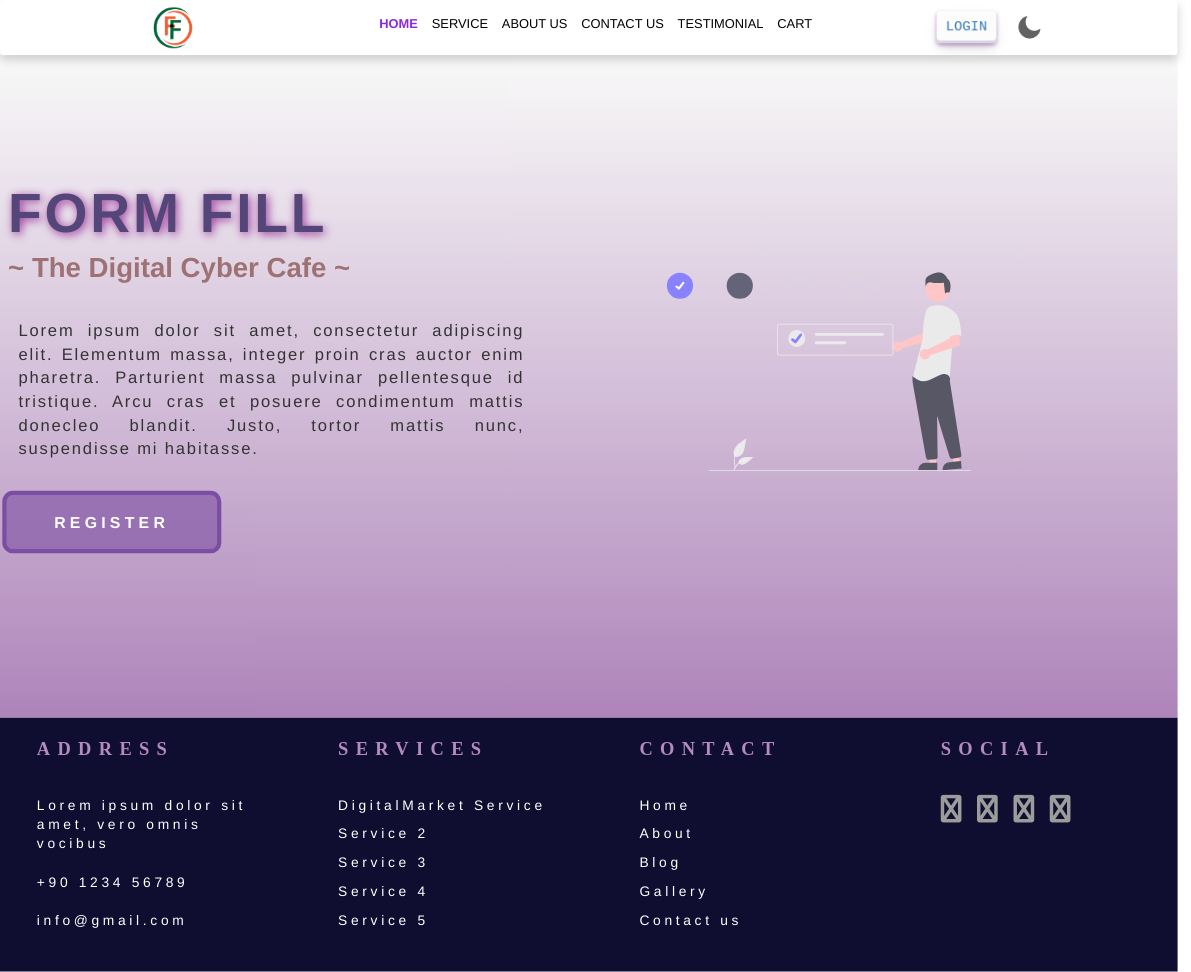
Repository: codervivek5/Formfil
Page: index.html
These files come from the project's save history. The page is drawn as it stood at one moment and after the next save; the edit follows.
The browser window is 1280 px wide. The page is 1295 px wide, so the pictures cover 1295 px, including what lies to the right of the window. The pictures show the whole page, at 92% of full size.
The pointer rests on the first visible `.btn1`.
Some web fonts or font styles are not loaded; a fallback is used.

Above is the page before, as saved 2023-03-04 20:49:24.

### index.html
<!DOCTYPE html>
<html lang="en">

<head>
	<meta charset="UTF-8" />
	<meta http-equiv="X-UA-Compatible" content="IE=edge" />
	<meta name="viewport" content="width=device-width, initial-scale=1.0" />
	<title>Home-FormFil</title>
	<link rel="stylesheet" href="style/style.css" />
     <link rel="stylesheet" href="style/theme.css">

	<link rel="stylesheet" href="https://maxcdn.bootstrapcdn.com/bootstrap/3.4.1/css/bootstrap.min.css">
	<script src="https://ajax.googleapis.com/ajax/libs/jquery/3.6.0/jquery.min.js"></script>
     <script src="https://maxcdn.bootstrapcdn.com/bootstrap/3.4.1/js/bootstrap.min.js"></script>

	<link rel="stylesheet" href="https://fonts.googleapis.com/css?family=Trirong" />
	<link rel="icon" type="image/x-icon" href="./img/crop_logo.png" />
	<link rel="stylesheet" href="https://cdnjs.cloudflare.com/ajax/libs/font-awesome/6.2.1/css/all.min.css">
</head>

<body>

    <div class="loader">
          <img class= "imgload" src="img/logo.png"  alt="">
     </div>

     <header class="navbar">
      <a href="index.html"><img class="logo" src="img/logo.png" width="100px" height="100px" /></a>

      <div class="navbar-opt">
        <ul class="navbar-list">
          <li><a href="index.html" class="nav-link active">HOME</a></li>
          <li><a href="pages/service.html" class="nav-link">SERVICE </a></li>
          <li><a href="pages/about_us.html" class="nav-link">ABOUT US </a></li>
          <li><a href="pages/contact-us.html" class="nav-link">CONTACT US </a></li>
          <li><a href="pages/testimonial.html" class="nav-link">TESTIMONIAL</a></li>
          <li><a href="pages/cart.html" class="nav-link">CART</a></li>
        </ul>
      </div>

      <div class="fixed-buttons">
        <button><a href="pages/login.html" class="lgn">LOGIN</a></button>
        <img src="img/moon.png" id="icon">
      </div>

      <div class="mobile-menu">
        <ion-icon name="menu-outline" class="menu-icon"></ion-icon>
        <ion-icon name="close-outline" class="menu-icon"></ion-icon>
      </div>

     </header>

	<div class="main">

		<div class="container">
			<div class="content">
				<h1>FORM FILL</h1>
				<h2>~ The Digital Cyber Cafe ~</h2>
				<p class="para">
					Lorem ipsum dolor sit amet, consectetur adipiscing elit.
          Elementum massa, integer proin cras auctor enim pharetra.
					Parturient massa pulvinar pellentesque id tristique.
          Arcu cras et posuere condimentum mattis donecleo blandit.
          Justo, tortor mattis nunc, suspendisse mi habitasse.
				</p>
				<div class="btn">
					<a href="pages/signup.html"> <button class="btn1 button">REGISTER</button></a>
				</div>
			</div>
			<div class="shipp">
				<img src="img/svg.svg" />
        <!-- <img src="img/formfilSvg.svg" /> -->
			</div>
		</div>
	</div>

<!-- footer section -->
<footer>
    <div>
        <div class="row">
            <div class="col-lg-3 col-md-5 col-sm-4 col-xs-12">
                <ul class="adress">
                     <span>Address</span>
                     <li>
                        <p>Lorem ipsum dolor sit amet, vero omnis vocibus</p>
                      </li>

                      <li>
                        <p>+90 1234 56789</p>
                      </li>

                      <li>
                        <p>info@gmail.com</p>
                      </li>
                 </ul>
            </div>
            <div class="col-lg-3 col-md-5 col-sm-4 col-xs-12">
               <ul class="service">
                    <span>Services</span>
                    <li>
                       <a href="#">DigitalMarket Service</a>
                     </li>

                     <li>
                        <a href="#">Service 2</a>
                     </li>

                     <li>
                       <a href="#">Service 3</a>
                     </li>

                     <li>
                        <a href="#">Service 4 </a>
                     </li>

                     <li>
                       <a href="#">Service 5</a>
                    </li>
               </ul>
           </div>
            <div class="col-lg-3 col-md-3 col-sm-4 col-xs-12">
                <ul class="contact">
                     <span>Contact</span>
                     <li>
                        <a href="index.html">Home</a>
                      </li>

                      <li>
                         <a href="pages/about_us.html">About</a>
                      </li>

                      <li>
                        <a href="#">Blog</a>
                      </li>

                      <li>
                         <a href="#">Gallery </a>
                      </li>

                      <li>
                        <a href="pages/contact-us.html">Contact us</a>
                     </li>
                </ul>
            </div>

            <div class="col-lg-3 col-md-3 col-sm-4 col-xs-12">
               <ul class="social">
                    <span>Social</span>
                    <li>
                         <a href="https://www.facebook.com/codervivek"  target="_blank"><i class="fa fa-facebook fa-2x"></i></a>
                    </li>

                    <li>
                         <a href="https://github.com/codervivek5" target="_blank"><i class="fa fa-github fa-2x"></i></a>
                    </li>

                    <li>
                         <a href="https://www.linkedin.com/in/codervivek/" target="_blank"><i class="fa fa-linkedin fa-2x"></i></a>
                    </li>

                    <li>
                         <a href="https://twitter.com/codervivek5" target="_blank"><i class="fa fa-twitter fa-2x"></i></a>
                    </li>

                    <li>
                         <a href="https://www.youtube.com/codervivek" target="_blank"><i class="fa fa-youtube-play fa-2x"></i></a>
                   </li>
                  </ul>
            </div>
       </div>
    </div>
    <button class="back-to-top hidden">
     <svg
     xmlns="http://www.w3.org/2000/svg"
     class="back-to-top-icon"
     fill="none"
     viewBox="0 0 24 24"
     stroke="currentColor"
   >
     <path
       stroke-linecap="round"
       stroke-linejoin="round"
       stroke-width="2"
       d="M7 11l5-5m0 0l5 5m-5-5v12"
     />
   </svg></button>
</footer>


<script>

     // Javascript Code for Dark Mode Switch
	var icon = document.getElementById("icon");
	icon.onclick = function(){
		document.body.classList.toggle("dark-mode");
		if (document.body.classList.contains("dark-mode")){
			icon.src="img/sun.png";
		}
		else {
			icon.src="img/moon.png";
		}
	}
  //javascript for loader
  $(document).ready(function() {
      // Animate loader off screen
   setTimeout(function() {
    $(".loader").fadeOut("slow");
   }, 0);
  });
      // Javascript Code for Scroll to top Button
      const showOnPx = 100;
      const backToTopButton = document.querySelector(".back-to-top")

     const scrollContainer = () => {
       return document.documentElement || document.body;
      };

 document.addEventListener("scroll", () => {
   if (scrollContainer().scrollTop > showOnPx) {
     backToTopButton.classList.remove("hidden")
   } else {
     backToTopButton.classList.add("hidden")
   }
 })
 const goToTop = () => {
   document.body.scrollIntoView({
     behavior: "smooth",
   });
 };
 backToTopButton.addEventListener("click", goToTop);

 const mobile_nav= document.querySelector('.mobile-menu');
const nav_header= document.querySelector(".navbar");

const toggleNav = () =>{
  nav_header.classList.toggle("switchOn");
}

mobile_nav.addEventListener('click', () => toggleNav());

</script>
<script type="module" src="https://unpkg.com/ionicons@5.5.2/dist/ionicons/ionicons.esm.js"></script>
<script nomodule src="https://unpkg.com/ionicons@5.5.2/dist/ionicons/ionicons.js"></script>
</body>
</html>

### style/style.css
@import url('https://fonts.googleapis.com/css2?family=Tilt+Prism&display=swap');

body{
	margin:0;
	padding:0;
	background:black;
font-family: 'Times New Roman', Times, serif;
overflow-x: hidden;
}
.main{
	position: relative;
	height:100%;
	width:100%;
	background:linear-gradient(rgba(244, 245, 243, 0.712),#7b378ec4);
	background-position: center;
	background-repeat: no-repeat;
	background-size: cover;
	opacity: 0.8;

}
.navbar{
    padding: 0 !important;
    padding: 0 3rem;
    height: 6rem;
    display: flex;
    justify-content: space-between;
    align-items: center;
    margin-bottom: 0 !important;
    box-shadow: 0px 5px 10px #48464640 !important;
    z-index: 999;
}

.navbar-opt{
    transition: all 0.5s;
  }

  .navbar-list{
    display: flex;
    gap: 1.5rem;
    list-style: none;
  }

  .fixed-buttons{
    display: flex;
    justify-content: center;
    align-items: center;
    column-gap: 1rem;
  }

  .active{
    font-weight: 700 !important;
  }

  .nav-link:link,
.nav-link:visited {
  display: inline-block;
  text-decoration: none;
  color: black;
}

.mobile-menu{
  display: none;
  background: transparent;
  cursor: pointer;
}

.menu-icon{
  width: 3.2rem;
  height: 3.2rem;
  z-index: 1000;
}

.menu-icon[name="close-outline"]{
  display: none;
}

.fixed-buttons button{
  align-items: center;
  appearance: none;
  background-color: #FCFCFD;
  border-radius: 4px;
  border-width: 0;
  box-shadow: #7b378e7b 0 2px 4px,#c1b6c4a8 0 7px 13px -3px,#D6D6E7 0 -3px 0 inset;
  box-sizing: border-box;
  color: #36395A;
  cursor: pointer;
  display: inline-flex;
  font-family: "JetBrains Mono",monospace;
  height: 3.5rem;
  justify-content: center;
  line-height: 1;
  list-style: none;
  overflow: hidden;
  padding-left: 1rem;
  padding-right: 1rem;
  position: relative;
  text-align: left;
  text-decoration: none;
  transition: box-shadow .15s,transform .15s;
  user-select: none;
  -webkit-user-select: none;
  touch-action: manipulation;
  white-space: nowrap;
  will-change: box-shadow,transform;
  font-size: 1.5rem;
}

.fixed-buttons button:focus {
    box-shadow: #D6D6E7 0 0 0 1.5px inset, rgba(45, 35, 66, 0.4) 0 2px 4px, rgba(45, 35, 66, 0.3) 0 7px 13px -3px, #D6D6E7 0 -3px 0 inset;
  }

  .fixed-buttons button:hover {
    box-shadow: rgba(45, 35, 66, 0.4) 0 4px 8px, rgba(45, 35, 66, 0.3) 0 7px 13px -3px, #D6D6E7 0 -3px 0 inset;
    transform: translateY(-2px);
  }

  .fixed-buttons button:active {
    box-shadow: #D6D6E7 0 3px 7px inset;
    transform: translateY(2px);
  }

@media (max-width:1220px){
    .navbar-list{
      gap: 0.3rem;
    }
  }

  @media (max-width:1030px){
    .mobile-menu{
      display: block;
    }

    .navbar{
      padding: 0 1rem;
      position: relative;
    }

    .navbar-opt{
      width: 100vw;
      height: 100vh;
      background-color: #484646dd;
      position: absolute;
      top: 0;
      left: 0;
      display: flex;
      justify-content: center;
      /* transform: translateY(100%); */
      transition: all 0.5s linear;
      opacity: 0;
      visibility: hidden;
      pointer-events: none;
    }

    .navbar-list{
      flex-direction: column;
      align-items: center;
      justify-content: center;
      font-size: 1.7rem;
      font-weight: 500;
    }

    .switchOn .navbar-opt{
      opacity: 1;
      visibility: visible;
      pointer-events: auto;
    }

    .switchOn .mobile-menu .menu-icon[name="close-outline"]{
      display: block;
    }

    .switchOn .mobile-menu .menu-icon[name="menu-outline"]{
      display: none;
    }

  }

  .nav-link:hover{
    color: grey !important;
  }

    /* ____________________________________________________________________________________________________________ */

.container{
    display: flex;
    justify-content: space-between;
    align-items: center;
    position: relative;
    top: 20vh;
    padding: 0px 25px;
}
.shipp img{
    width: 60vh;
}
.content{
  display: flex;
  flex-direction: column;
  margin-left: -110px;
}
.content h1{
    color: #2a1958;
    text-shadow: 2px 2px 10px purple;
    font-size: 6rem;
    letter-spacing: 3px;
    margin-top: -5px;
    font-weight: bold;
}
.content h2{
  color: rgba(0, 0, 0, 0.87);
	width:100%;
  font-weight: bold;
  margin-top: -1px;
}
.content .para{
  color: black;
	width:100%;
  text-align: justify;
  font-size: 18px;
  margin-top: 30px;
  padding-left: 60px;
  letter-spacing: 2px;

}
.content .btn{
  text-align: left;
  margin-left: 45px;
  margin-top: 20px;
}
.content button{
    padding: 15px 45px;
    border-radius: 10px;
    border: none;
    background-color: rgba(90, 34, 139,0.6) !important;
    border: 4px solid rgba(90, 34, 139);
    color: white !important;
    font-weight: bold !important;
    letter-spacing: 4px;
    font-size: 15px !important;
    transition: transform .2s;
}
.btn1:hover{
  transform: scale(1.15);
  background-color: white;
  color: rgb(90, 34, 139);
}

@media only screen and (max-width: 1300px){
    .shipp img{
      width: 50vw;
      height: 30vh;
  }
  }

  @media only screen and (max-width: 500px){
    .container{
      display: flex;
      flex-direction: column;
      padding: 0 !important;
      margin: 0 !important;
    }
    .content{
      width: 100vw;
      display: flex;
      flex-direction: column;
      justify-content: center;
      align-items: center;
      padding: 0 !important;
      margin: 0 !important;
    }
    .shipp img{
      width: 50vw;
      height: 40vh;
  }
  .content h1{
    font-size: 3rem;
  }
  .content h2{
    font-size: 2rem;
  }
  .content .para{
    font-size: 1.5rem;
  }
  }
/* footer */
footer{
     background-color: #0f0e31;
     padding:20px 0px;
     z-index: 1;
}

footer ul li{
    padding:5px 0px;
}

.adress span , .contact span , .social span, .service span{
   color: #FFF;
   font-weight: 800;
   padding-bottom: 10px;
   margin-bottom: 20px;
   display: block;
   text-transform: uppercase;
   font-size: 20px;
   letter-spacing: 3px;
}

.adress li p , .contact li a , .social li a, .service li a{
    color:#FFF;
    letter-spacing: 2px;
    text-decoration:none;
    font-size:15px;
    font-style: sans-serif;
}

.social li{
    float:left;
}

.adress , .contact , .social , .service{
    list-style: none;
}

.fa{
    color:#9c9c9c;
    margin-right: 15px;
    font-size:24px;
}
.service span{
    letter-spacing: 8px;
    font-family:'Tilt Prism', cursive;
    color:rgb(179,140,189);
}
.contact span{
    letter-spacing: 8px;
    font-family: 'Tilt Prism', cursive;
    color:rgb(179,140,189);

}
.adress span{
    letter-spacing: 8px;
    font-family:'Tilt Prism', cursive;
    color:rgb(179,140,189);
}
.social span{
    letter-spacing: 8px;
    font-family:'Tilt Prism', cursive;
    color:rgb(179,140,189);
}
.service a{
    letter-spacing: 4px !important;
    position: relative;
    transition: all 0.5s ease;
    -webkit-transition: all 0.5s ease;
}
.service a:hover {
    color: rgb(137,130,255) !important;
    transition: all 1s ease;
    -webkit-transition: all 1s ease;
}

 .service a:before, .service a:after {
  content: '';
  position: absolute;
  width: 0%;
  height: 1px;
  bottom: -1px;
  background:rgb(204,214,246);
}

.imgload{
	height: 25%;
	width: 15%;

}
.loader{
    position: fixed;
    z-index: 1;
    top: 0;
    left: 0;
    background: #7b378ec4;
    height: 100%;
    width: 100%;
    display: flex;
    justify-content: center;
    align-items: center;
  }

  .loader.hidden{
    animation: fadeOut 2s forwards;
  }
  @keyframes fadeOut {
    100%{
      opacity: 100%;
      visibility: hidden;
    }
  }



.adress p{
    letter-spacing: 4px !important;
    position: relative;
    transition: all 0.5s ease;
    -webkit-transition: all 0.5s ease;
}
.adress p:hover {
    color: rgb(14, 214, 3) !important;
    transition: all 1s ease;
    -webkit-transition: all 1s ease;
}
.contact a{
    letter-spacing: 4px !important;
    position: relative;
    transition: all 0.5s ease;
    -webkit-transition: all 0.5s ease;
}
.contact a:hover {
    color: rgb(212, 1, 227) !important;
    transition: all 1s ease;
    -webkit-transition: all 1s ease;
}
.social i{
    position: relative;
}
.social i:hover {
    color: rgb(15, 3, 252) !important;
    transition: all 1s ease;
    -webkit-transition: all 1s ease;
}
.back-to-top {
    position: fixed;
    right: 2rem;
    bottom: 2rem;
}
.hidden {
    display: none;
        opacity: 0%;

  }
.back-to-top {
    position: fixed;
    right: 2rem;
    bottom: 2rem;
    border-radius: 100%;
    background: gray;
    padding: 1.5rem;
    border: none;
    cursor: pointer;
    opacity: 100%;
    transition: opacity 0.5s;
  }
  .back-to-top-icon {
    width: 2rem;
    height: 2rem;
    color: white;
  }
  .back-to-top:hover {
    opacity: 60%;
  }

.footerpart{
	text-align: center;
}







    /* ____________________________________________________________________________________________________________ */

### style/theme.css
:root{
	--color--main: linear-gradient(rgba(244, 245, 243, 0.712),#7b378ec4);
	--color--footer: rgb(119, 5, 100);
	--color--h1: #2a1958;
	--color--h2: rgba(122, 60, 60, 0.87);
	--color--p: black;
	--color--btn: #2a1958;
	--color--nav: black;
	--color--nav_before:#2a1958;
	--color--customnav: white;
}
.dark-mode{
	--color--main: linear-gradient(#4b075ac4,rgba(28, 1, 41, 0.712));
	--color--footer: rgb(65, 3, 55);
	--color--h1: rgb(255, 255, 255);
	--color--h2: rgb(233, 233, 233);
	--color--p: white;
	--color--btn: #130735;
	--color--nav: rgb(215, 244, 248);
	--color--nav_before:rgb(215, 244, 248);
	--color--customnav: rgb(174, 147, 180);
}
#icon{
	width: 30px;
	cursor: pointer;
	margin: 10px;
}
.main{
	position: relative;
	height:100vh;
	width:100%;
	background:var(--color--main);
	background-position: center;
	background-repeat: no-repeat;
	background-size: cover;
	opacity: 0.8;
}
.navbar{
	background-color: var(--color--customnav);
}

.nav-link{
	color: var(--color--p) !important;
}

.active{
	color: blueviolet !important;
}
.content h1{
    color:var(--color--h1);
margin-left: 8%;
}
.content h2{
    color: var(--color--h2);
    margin-left: 8%;
}
.content .para{
    color: var(--color--p);
}
.content .btn1 {
    background-color: var(--color--btn);
    color:honeydew;

}
.footer{
	background-color:var(--color--footer);
	display: block;
	justify-content: center;
	align-items: center;
	width: 100%;
	height: 40vh;

}

After the next save:
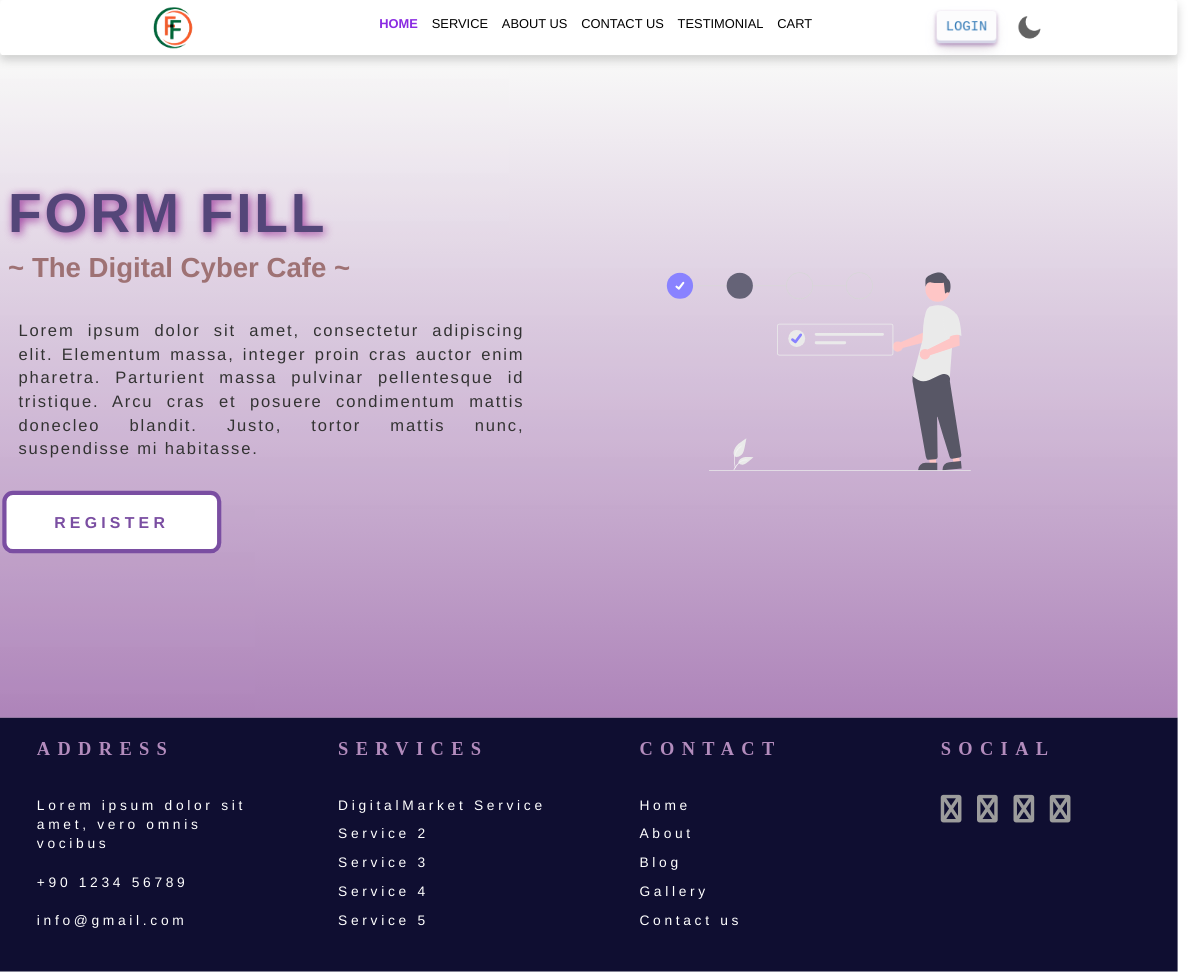
Saved 10 s later.
--- a/style/style.css
+++ b/style/style.css
@@ -240,8 +240,8 @@
 }
 .btn1:hover{
   transform: scale(1.15);
-  background-color: white;
-  color: rgb(90, 34, 139);
+  background-color: white !important;
+  color: rgb(90, 34, 139) !important;
 }
 
 @media only screen and (max-width: 1300px){

After the save that followed:
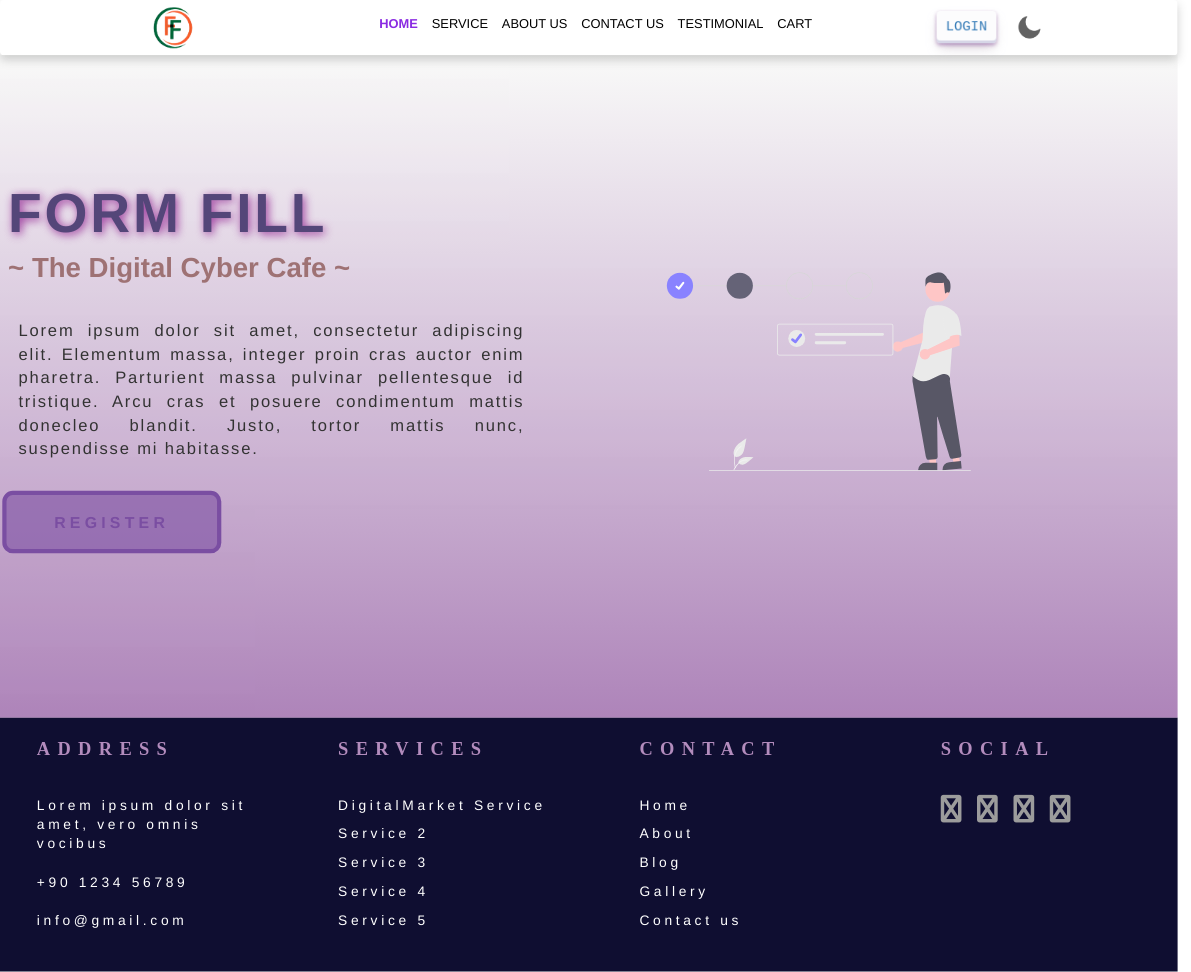
Saved 22 s later.
--- a/style/style.css
+++ b/style/style.css
@@ -240,7 +240,7 @@
 }
 .btn1:hover{
   transform: scale(1.15);
-  background-color: white !important;
+  background-color: rbg(90, 34, 139,0.6) !important;
   color: rgb(90, 34, 139) !important;
 }
 
